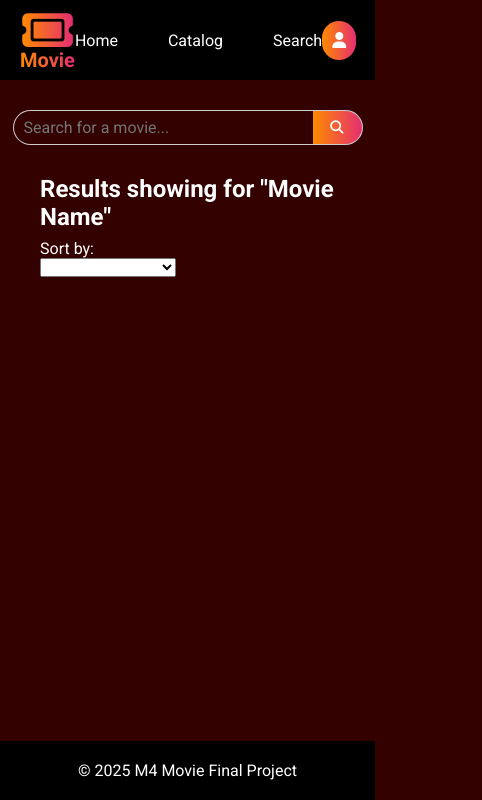
Repository: avivanguyen/m4_movie-FinalProject
Page: index.html
The author's editor kept a copy of each file at every save. The page is drawn from the files as they stood at one save, then again after the next save.
The browser window is 375 px wide. The page is 375 px wide, then 482 px, so the pictures cover 482 px, including what lies to the right of the window. The pictures show the whole page.
Some web libraries are served in a nearby version.

Above is the page before, as saved 2025-12-30 17:16:20.

### index.html
<!DOCTYPE html>
<html lang="en">
<head>
    <meta charset="UTF-8">
    <meta name="viewport" content="width=device-width, initial-scale=1.0">
    <title>M4 Movie Final Project</title>
    <link rel="stylesheet" href="styles.css">
    <script src="script.js" defer></script>
    <script src="https://kit.fontawesome.com/2588cf0bac.js" crossorigin="anonymous"></script>
</head>
<body>
    <nav>
        <div class="logo">
            <i class="fa-solid fa-ticket logo__ticket"></i>
            <h1 class="logo__title">Movie</h1>
        </div>
        <ul class="nav-links">
            <li><a href="#">Home</a></li>
            <li><a href="#">Catalog</a></li>
            <li><a href="#">Search</a></li>
        </ul>
        <div class="login">
            <button>
                <a href="#">
                    <i class="fa-solid fa-user login__icon"></i>
                    <span class="login__text">Login</span>
                </a>
            </button>
        </div>
    </nav>
    <main>
        <section class="search-section">
            <input type="text" id="search-input" placeholder="Search for a movie..." onchange="onSearchMovie(event)">
            <button id="search-button"><i class="fa-solid fa-magnifying-glass"></i></button>
        </section>
        <section class="results__section">
            <div id="results__container">
                <div class="breadcrumb">
                    <h2>Results showing for "<span id="search-term">Movie Name</span>"</h2>
                </div>
                <div class="sort">
                    <label for="sort-select">Sort by:</label>
                    <select id="sort-select" onchange="onSortChange(event)">
                        <option value="title-default">   </option>
                        <option value="title-ascending">Movie Title (A-Z)</option>
                        <option value="title-descending">Movie Title (Z-A)</option>
                        <option value="year-descending">Year (Newest First)</option>
                        <option value="year-ascending">Year (Oldest First)</option>
                    </select>
                </div>
                <div class="loading hidden">
                    <i class="fa fa-spinner fa-spin"></i>
                </div>
                <div class="movie">
                    <div class="movie-card hidden">
                        <div class="movie-card__container" onclick="toggleModal()">
                            <div class="movie__poster">
                                <img src="./assets/movie_poster-placeholder.png" alt="">
                            </div>
                            <div class="movie__title">Movie Title</div>
                            <div class="movie__year">20XX</div>
                        </div>
                    </div>
                    <!-- <div class="movie-card">
                        <div class="movie-card__container" onclick="toggleModal()">
                            <div class="movie__poster">
                                <img src="./assets/movie_poster-placeholder.png" alt="">
                            </div>
                            <div class="movie__title">Movie Title</div>
                            <div class="movie__year">20XX</div>
                        </div>
                    </div>
                    <div class="movie-card">
                        <div class="movie-card__container" onclick="toggleModal()">
                            <div class="movie__poster">
                                <img src="./assets/movie_poster-placeholder.png" alt="">
                            </div>
                            <div class="movie__title">Movie Title</div>
                            <div class="movie__year">20XX</div>
                        </div>
                    </div>
                    <div class="movie-card">
                        <div class="movie-card__container" onclick="toggleModal()">
                            <div class="movie__poster">
                                <img src="./assets/movie_poster-placeholder.png" alt="">
                            </div>
                            <div class="movie__title">Movie Title</div>
                            <div class="movie__year">20XX</div>
                        </div>
                    </div>
                    <div class="movie-card">
                        <div class="movie-card__container" onclick="toggleModal()">
                            <div class="movie__poster">
                                <img src="./assets/movie_poster-placeholder.png" alt="">
                            </div>
                            <div class="movie__title">Movie Title</div>
                            <div class="movie__year">20XX</div>
                        </div>
                    </div>
                    <div class="movie-card">
                        <div class="movie-card__container" onclick="toggleModal()">
                            <div class="movie__poster">
                                <img src="./assets/movie_poster-placeholder.png" alt="">
                            </div>
                            <div class="movie__title">Movie Title</div>
                            <div class="movie__year">20XX</div>
                        </div>
                    </div> -->
                </div>
            </div>
        </section>
        <div class="modal">
            <div class="modal__half modal__poster">
                <figure>
                    <img src="./assets/movie_poster-placeholder.png" alt="">
                </figure>
            </div>
            <div class="modal__half modal__description">
                <h2 class="modal__title">Movie Title</h2>
                <p class="modal__year">20XX</p>
                <p class="modal__plot">Lorem ipsum dolor sit amet, consectetur adipiscing elit. Sed do eiusmod tempor incididunt ut labore et dolore magna aliqua.</p>
                <ul class="modal__details">
                    <li><strong>Director:</strong> Director Name</li>
                    <li><strong>Actors:</strong> Actor 1, Actor 2, Actor 3</li>
                    <li><strong>Runtime:</strong> XX min</li>
                </ul>
                <button class="watch">Watch Now</button>
            </div>
            <button class="close-button" onclick="toggleModal()">Close</button>
        </div>
    </main>
    <footer>
        <p>&copy; 2025 M4 Movie Final Project</p>
    </footer>
</body>
</html>

### styles.css
@import url('https://fonts.googleapis.com/css2?family=Roboto:ital,wght@0,100..900;1,100..900&display=swap');

* {
    margin: 0;
    padding: 0;
    box-sizing: border-box;
    font-family: 'Roboto', sans-serif;
}

body {
    background-color: #340101;
    min-height: 100vh;
    display: flex;
    flex-direction: column; /*ensures footer stays at bottom*/
}

a {
    text-decoration: none;
}

li {
    list-style: none;
}

.hidden {
    display: none !important;
}

/*
NAVIGATION STYLES
*/
nav {
    display: flex;
    justify-content: space-between;
    align-items: center;
    flex-direction: row;
    background-color: black;
    width: 100%;
    padding: 15px 40px;
}

.logo {
    display: flex;
    align-items: center;
    flex-direction: column;
}

.logo__ticket,
.logo__title {
    background: linear-gradient(90deg, #ff8a00, #e52e71);
    background-clip: text;
    -webkit-background-clip: text;
    -webkit-text-fill-color: transparent;
}

.logo__ticket {
    font-size: 45px;
    margin-bottom: -5px;
}

.logo__title {
    font-size: 20px;
}

.nav-links {
    display: flex;
    flex-direction: row;
    gap: 100px;
}

.nav-links a {
    color: white;
    font-size: 16px;
    transition: color 300ms ease;
}

.nav-links a:hover,
.close-button:hover {
    color: #ff8a00;
}

.login button,
.modal button.watch {
    background: linear-gradient(90deg, #ff8a00, #e52e71);
    border: none;
    padding: 10px 25px;
    border-radius: 50px;
    color: white;
    font-size: 16px;
    cursor: pointer;
    transition: transform 300ms ease;
}
.login button:hover,
.modal button.watch:hover {
    transform: scale(1.1);
}

.login a {
    color: white;
}


/*
SEARCH STYLES
*/
.search-section {
    display: flex;
    justify-content: center;
    align-items: center;
    margin: 30px 0;
}

#search-input {
    width: 400px;
    height: 35px;
    padding: 0 10px;
    font-size: 16px;
    border: 1.5px solid #ccc;
    border-right: none;
    border-radius: 50px 0 0 50px;
    outline: none;
    background-color: transparent;
    color: white;
}

#search-button {
    height: 35px;
    width: 50px;
    outline: none;
    border-radius: 0 50px 50px 0;
    border: 1.5px solid #ccc;
    border-left: none;
    cursor: pointer;
    background: linear-gradient(90deg, #ff8a00, #e52e71);
    transition: all 300ms ease;
    position: relative;
}
#search-button:hover {
    background: transparent;
    border: 2px solid transparent;
    background-image: linear-gradient(#340101, #340101), linear-gradient(90deg, #ff8a00, #e52e71);
    background-origin: border-box;
    background-clip: padding-box, border-box;
}

.search-section #search-button i {
    color: white;
}

/*
LOADING STYLES
*/
.loading {
    justify-content: center;
    align-items: center;
    margin-top: 20px;
    opacity: 1;
    transition: opacity 500ms ease-in-out;
}

.loading:not(.hidden) {
    display: flex;
}

.loading.hidden {
    opacity: 0;
    transition: opacity 500ms ease-in-out 1000ms;
}

.fa-spinner {
    font-size: 35px;
    color: white;
}

/*
RESULTS STYLES
*/
.breadcrumb {
    color: white;
    margin-left: 20px;
    margin-bottom: 40px;
}

.sort label {
    color: white;
    margin-right: 10px;
}

.sort {
    display: flex;
    justify-content: flex-end;
    align-items: center;
    margin-top: -65px;
}

.results__section {
    margin: 0 60px;
}

.movie {
    width: 100%;
    height: auto;
    padding: 0 80px;
    margin-top: 20px;
    display: flex;
    flex-direction: row;
    flex-wrap: wrap;
    justify-content: center;
}

.movie-card {
    cursor: pointer;
    margin: 15px;
    width: 200px; /*makes sure all cards are same size and that the text doesn't overflow*/
    display: flex;
    flex-direction: row;
    flex-wrap: wrap;
    justify-content: center;
    transition: transform 300ms ease;
}
.movie-card:hover {
    transform: scale(1.05);
    background-color: #4d0d0d;
    border-radius: 8px;
    box-shadow: 0 6px 12px #4d0d0d;
}

.movie-card__container {
    padding: 4px 18px;
}

.movie__poster img {
    width: 200px;
    height: 300px;
    box-shadow: 0 4px 8px rgba(0, 0, 0, 0.2);
}

.movie__title,
.movie__year {
    color: white;
    text-align: center;
    margin-top: 2px;
}

/*
MODAL STYLES
*/
.modal {
    display: flex;
    position: fixed;
    top: 50%;
    left: 50%;
    transform: translate(-50%, -50%);
    width: 90%;
    max-width: 1100px;
    background-color: #4b3434;
    box-shadow: 0 6px 12px #4d0d0d;
    visibility: hidden;
    transition: visibility 400ms, z-index 300ms ease;
}

.modal--open .modal {
    display: flex;
    z-index: 50;
    box-shadow: 0 6px 12px #4d0d0d;
    visibility: visible;
}

.modal__half {
    display: flex;
    flex-direction: column;
    justify-content: center;
    position: relative;
}

.modal__poster img {
    width: 100%;
}

.modal__description {
    padding: 80px;
    color: white;
    line-height: 2.5;
}

.watch {
    margin-top: auto;
    width: 50%;
    display: flex;
    justify-content: center;
    align-items: center;
    margin-left: 100px;
}

.close-button {
    position: absolute;
    top: 15px;
    right: 30px;
    font-size: 20px;
    color: white;
    cursor: pointer;
    background-color: transparent;
    border: none;
}

/*
FOOTER STYLES
*/
footer {
    text-align: center;
    padding: 20px 0;
    background-color: black;
    color: white;
    margin-top: auto;
}


/*
RESPONSIVE STYLES
*/
@media (max-width: 768px) {
    .nav-links {
            gap: 75px;
        }

    #search-input {
        width: 300px;
    }

    .movie-card {
        margin: 15px;
    }

    .modal__description {
        padding: 40px;
        line-height: 2;
    }

    .modal__details {
        margin-bottom: 15px;
    }

    .close-button {
        font-size: 18px;
    }
}

@media (max-width:725px) {
    .breadcrumb {
        margin-bottom: 8px;
    }
    .sort {
        margin-top: 0px;
        margin-left: 20px;
        display: flex;
        flex-direction: column;
        align-items: flex-start;
    }
}

@media (max-width: 480px) {
    nav {
        padding: 8px 20px;
    }
    .nav-links {
        gap: 50px;
    }

    .login__text {
        display: none;
    }
    .login button {
        padding: 10px;
    }

    .movie-card {
        margin: 8px;
    }
    .movie__poster img {
        width: 150px;
        height: auto;
    }
    .movie__title, .movie__year {
        font-size: 20px;
    }

    .results__section {
        margin: 0 20px;
    }
    .movie {
        padding: 0;
    }

    .modal {
        flex-direction: column;
    }
    .modal__description {
        padding: 18px;
        line-height: 1.8;
    }
    .modal__poster {
        display: flex;
        justify-content: center;
        align-items: center;
        text-align: center;
    }
    .modal__poster img {
        width: 50%;
    }
}

### script.js
//API key: 5aa2e87d
//base URL: https://www.omdbapi.com/?apikey=5aa2e87d&s=MOVIE_NAME_HERE

//Modal functionality
let isModalOpen = false;

function toggleModal() {
  if (isModalOpen) {
    isModalOpen = !isModalOpen;
    return document.body.classList.remove("modal--open");
  }
  isModalOpen = true;
  document.body.classList += " modal--open";
}

//Search functionality
async function onSearchMovie(event) {
  const searchMovie = event.target.value;

  if (!searchMovie) return;

  //breadcrumb
  document.getElementById("search-term").textContent = searchMovie;

  const movieContainer = document.querySelector(".movie");
  const loadingSpinner = document.querySelector(".loading");
  const sortSelect = document.getElementById("sort-select");

  sortSelect.value = "title-default";

  loadingSpinner.classList.remove("hidden");

  // Fetch movies from API
  const response = await fetch(
    `https://www.omdbapi.com/?apikey=5aa2e87d&s=${searchMovie}`
  );
  const data = await response.json();

  loadingSpinner.classList.add("hidden");

  if (data.Response === "True") {
    // Store original order from API
    originalMovieOrder = data.Search.slice(0, 6);

    movieContainer.innerHTML = originalMovieOrder
      .map((movie) => movieCardHtml(movie))
      .join("");
  } else {
    movieContainer.innerHTML = `<div class="breadcrumb">
            <h2>Results showing for "<span id="search-term">${searchMovie}</span>"</h2>
        </div>`;
  }
}

//Movie card results
function movieCardHtml(movie) {
  return `
    <div class="movie-card">
        <div class="movie-card__container" onclick="toggleModal()">
            <div class="movie__poster">
                <img src="${
                  movie.Poster !== "N/A"
                    ? movie.Poster
                    : "./assets/movie_poster-placeholder.png"
                }" alt="">
            </div>
            <div class="movie__title">${movie.Title}</div>
            <div class="movie__year">${movie.Year}</div>
        </div>
    </div>`;
}

//Movie filter functionality
let originalMovieOrder = [];

function onSortChange(event) {
  const movieContainer = document.querySelector(".movie");
  const sortValue = event.target.value;

  if (sortValue === "title-default") {
    movieContainer.innerHTML = originalMovieOrder
      .map((movie) => movieCardHtml(movie))
      .join("");
  } else {
    const movies = Array.from(movieContainer.children);
    movies.sort((a, b) => {
      const titleA = a.querySelector(".movie__title").textContent.toUpperCase();
      const titleB = b.querySelector(".movie__title").textContent.toUpperCase();
      const yearA = parseInt(a.querySelector(".movie__year").textContent);
      const yearB = parseInt(b.querySelector(".movie__year").textContent);

      if (sortValue === "title-ascending") {
        return titleA < titleB ? -1 : titleA > titleB ? 1 : 0;
      } else if (sortValue === "title-descending") {
        return titleA > titleB ? -1 : titleA < titleB ? 1 : 0;
      } else if (sortValue === "year-descending") {
        return yearA > yearB ? -1 : yearA < yearB ? 1 : 0;
      } else if (sortValue === "year-ascending") {
        return yearA < yearB ? -1 : yearA > yearB ? 1 : 0;
      }
      return 0;
    });

    movieContainer.innerHTML = "";
    movies.forEach((movie) => movieContainer.appendChild(movie));
  }
}

// //Movie modal results
// async function movieModalHtml(imdbID) {
//   toggleModal();
//   const response = await fetch(
//     `https://www.omdbapi.com/?apikey=5aa2e87d&i=${imdbID}`
//   );
//   const movie = await response.json();

//   document.querySelector(".modal__poster img").src =
//     movie.Poster !== "N/A"
//       ? movie.Poster
//       : "./assets/movie_poster-placeholder.png";
//   document.querySelector(".modal__title").textContent = movie.Title;
//   document.querySelector(".modal__year").textContent = movie.Year;
// }
// function movieModalHtml(movie) {
//   return `
//     <div class="modal">
//             <div class="modal__half modal__poster">
//                 <figure>
//                     <img src="${
//                       movie.Poster !== "N/A"
//                         ? movie.Poster
//                         : "./assets/movie_poster-placeholder.png"
//                     }" alt="">
//                 </figure>
//             </div>
//             <div class="modal__half modal__description">
//                 <h2 class="modal__title">${movie.Title}</h2>
//                 <p class="modal__year">${movie.Year}</p>
//                 <p class="modal__plot">Lorem ipsum dolor sit amet, consectetur adipiscing elit. Sed do eiusmod tempor incididunt ut labore et dolore magna aliqua.</p>
//                 <ul class="modal__details">
//                     <li><strong>Director:</strong> Director Name</li>
//                     <li><strong>Actors:</strong> Actor 1, Actor 2, Actor 3</li>
//                     <li><strong>Runtime:</strong> XX min</li>
//                 </ul>
//                 <button class="watch">Watch Now</button>
//             </div>
//             <button class="close-button" onclick="toggleModal()">Close</button>
//         </div>`;
// }

After the next save:
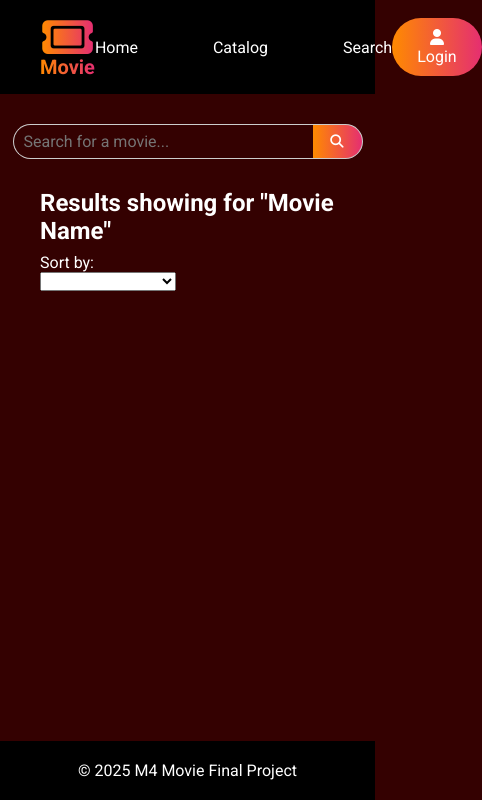
Saved 12 s later.
--- a/styles.css
+++ b/styles.css
@@ -359,19 +359,7 @@ RESPONSIVE STYLES
 }
 
 @media (max-width: 480px) {
-    nav {
-        padding: 8px 20px;
-    }
-    .nav-links {
-        gap: 50px;
-    }
-
-    .login__text {
-        display: none;
-    }
-    .login button {
-        padding: 10px;
-    }
+
 
     .movie-card {
         margin: 8px;
